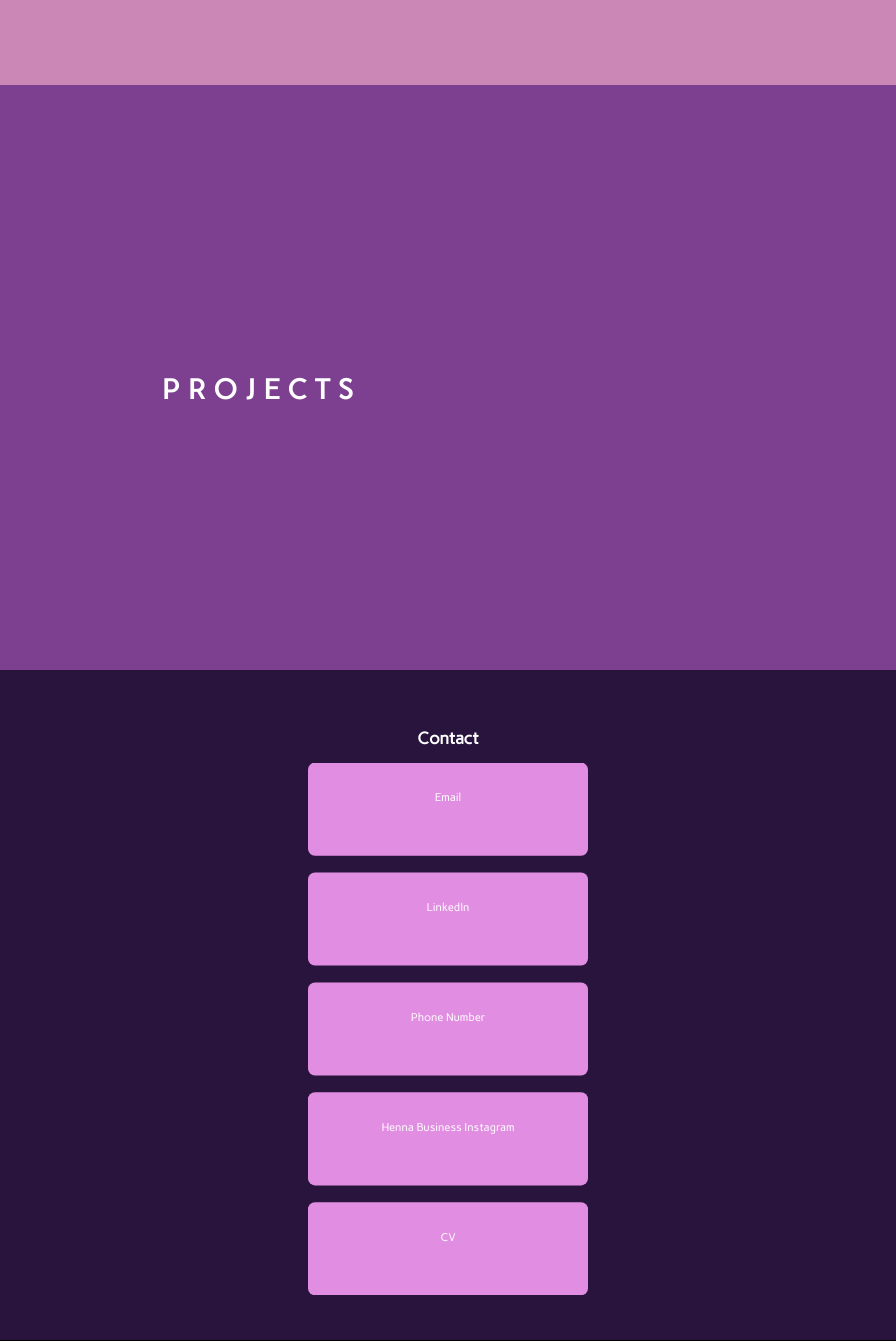
Repository: Rameen-A/Rameen-A
Page: index.html
These files come from the project's save history. The page is drawn as it stood at one moment and after the next save; the edit follows.
The browser window is 1280 px wide. The pictures show the part of the page from y = 1358 to 3278 px (the page is 3273 px tall before and 3278 px after), at 70% of full size.

Above is the page before, as saved 2026-05-05 14:57:41.

After the next save:
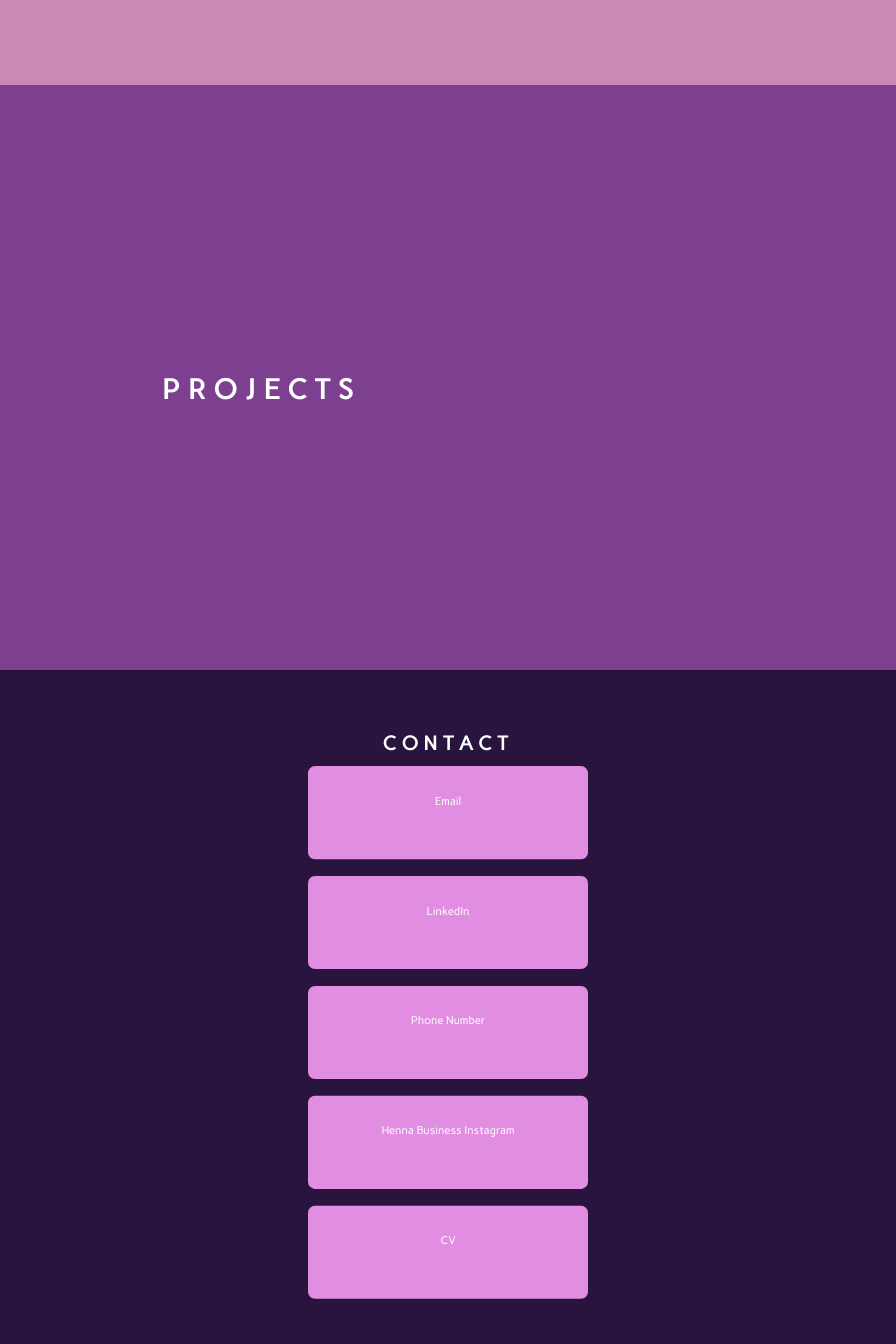
Saved 2 min 21 s later.
--- a/styles/index.css
+++ b/styles/index.css
@@ -209,7 +209,7 @@ section:hover article {
 
   background-color: rgb(40, 20, 60);
 }
-.contact h1 {
+.contact h2 {
   font-size: 1.75rem;
   margin-bottom: 1rem;
   letter-spacing: 0.3em;
